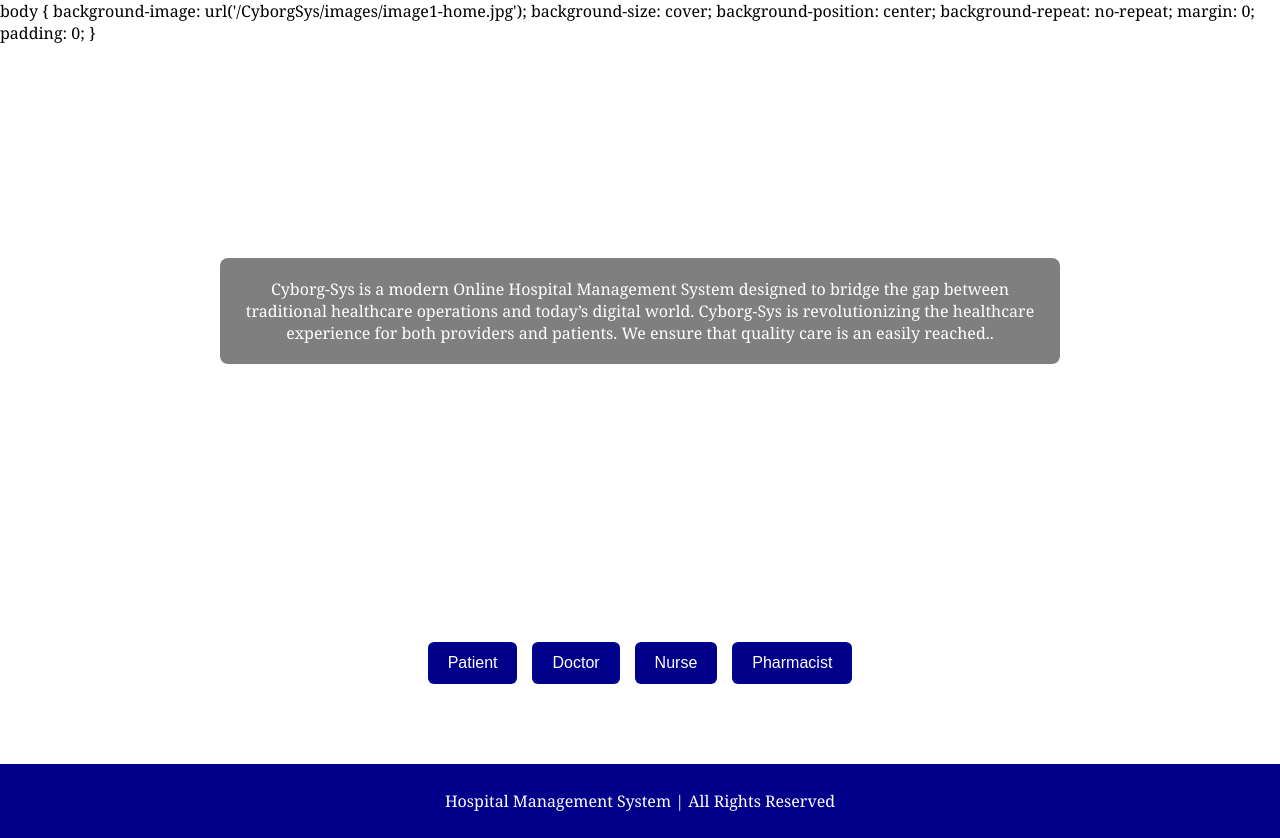
Repository: BinuriJ/HospitalSystem
Page: http://localhost/CyborgSys/home.jsp
The author's editor kept a copy of each file at every save. The page is drawn from the files as they stood at one save, then again after the next save.
The browser window is 1280 px wide. The pictures show the whole page.
The page is served by Tomcat 9.

Above is the page before, as saved 2025-05-10 02:17:34.

### CyborgSys/WebContent/home.jsp
<%@ page language="java" contentType="text/html; charset=UTF-8"
    pageEncoding="UTF-8"%>
<%@ include file="homeCss.jsp" %>
<!DOCTYPE html>
<html>
<head>
    <meta charset="UTF-8">
    <title>Home - CyborgSys</title>
    <style>
    	<jsp:include page="footerCss.jsp" />

    	body {
		    background-image: url('<%= request.getContextPath() %>/images/image1-home.jpg');
		    background-size: cover;
		    background-position: center;
		    background-repeat: no-repeat;
		    margin: 0;
		    padding: 0;
		}
    </style>

</head>
<body>

<div class="main-container">
    <header>
        <h1>CyborgSys</h1>
        <h3>making it easy to heal yourself.</h3>
        <p>
            Cyborg-Sys is a modern Online Hospital Management System designed to bridge the gap between traditional
            healthcare operations and today’s digital world. Cyborg-Sys is revolutionizing the healthcare experience
            for both providers and patients. We ensure that quality care is an easily reached..
        </p>
    </header>

    <div class="button-container">
        <button class="role-btn">Patient</button>
        <button class="role-btn">Doctor</button>
        <button class="role-btn">Nurse</button>
        <button class="role-btn">Pharmacist</button>
    </div>

</div>


    <jsp:include page="footer.jsp" />

</body>
</html>

### CyborgSys/WebContent/homeCss.jsp
<style>
body, html {
    margin: 0;
    padding: 0;
    font-family: Cambria, sans-serif;
    height: 100%;
}

.main-container {
    background-attachment: fixed;
    min-height: 100vh;
    display: flex;
    flex-direction: column;
    justify-content: space-between;
    color: white;
    text-align: center;
    padding: 40px 20px 80px;
    box-sizing: border-box;
}

header h1 {
    font-size: 48px;
    margin-bottom: 10px;
}

header h3 {
    font-size: 24px;
    margin-bottom: 20px;
}

header p {
    font-size: 16px;
    max-width: 800px;
    margin: 0 auto;
    background-color: rgba(0, 0, 0, 0.5);
    padding: 20px;
    border-radius: 8px;
}

.button-container {
    display: flex;
    justify-content: center;
    gap: 15px;
    margin-top: 30px;
    flex-wrap: wrap;
}

.role-btn {
    background-color: darkblue;
    color: white;
    border: none;
    padding: 12px 20px;
    font-size: 16px;
    border-radius: 6px;
    cursor: pointer;
    transition: background-color 0.3s;
}

.role-btn:hover {
    background-color: slategrey;
}

</style>

### CyborgSys/WebContent/footerCss.jsp
<style>

html, body {
    height: 100%; /* Make the html and body take full height of the viewport */
}

body {
    display: flex;
    flex-direction: column; /* Use flexbox to arrange content vertically */
    min-height: 100vh; /* Make body take the full height of the viewport */
}

.container {
    flex: 1; /* Let the main content expand to fill the available space */
}

footer {
    background-color: darkblue; /* Dark background for the footer */
    color: white; /* White text */
    padding: 10px 0; /* Padding for the footer */
    text-align: center; /* Center the footer text */
}

</style>

### CyborgSys/WebContent/footer.jsp
<!-- footer.jsp -->
<footer class="bg-dark text-light py-3">
    <div class="container text-center">
        <p>Hospital Management System | All Rights Reserved</p>
    </div>
</footer>

After the next save:
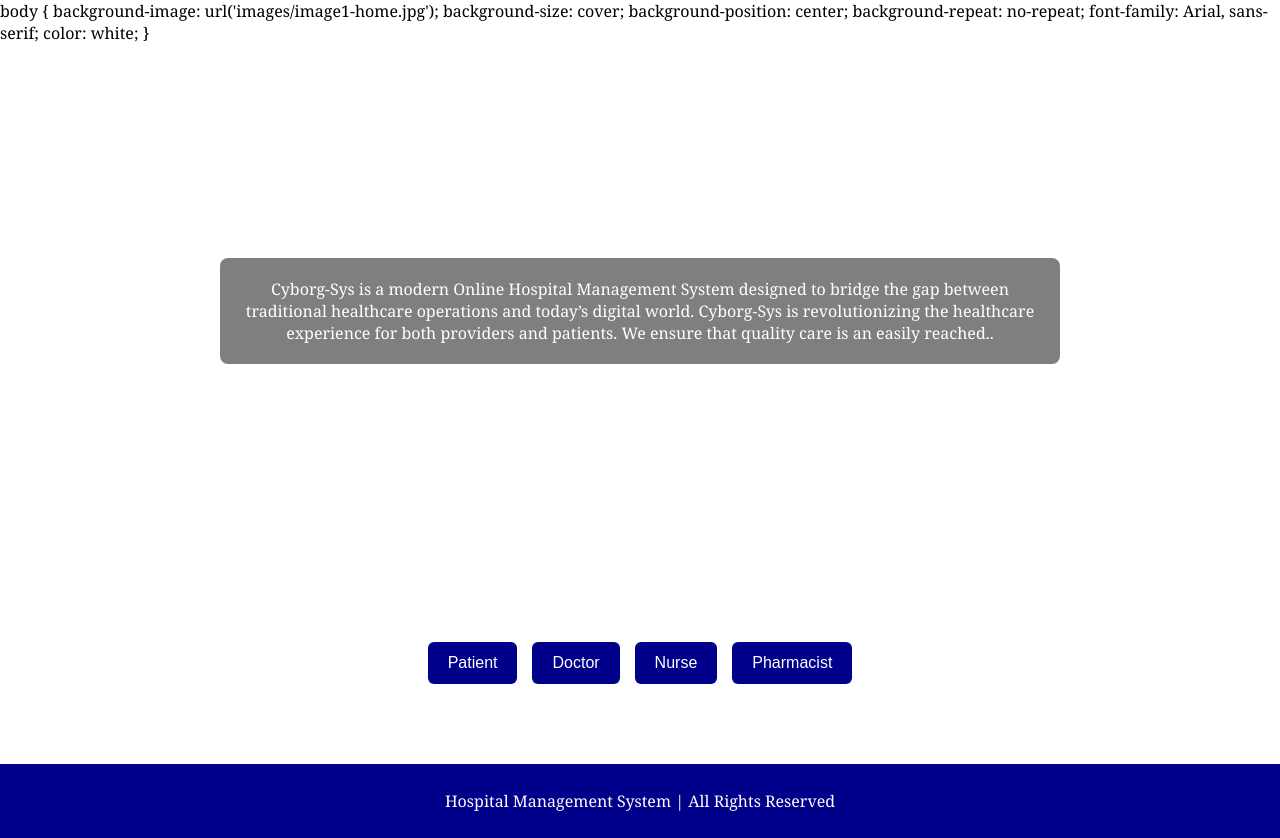
Saved 82 s later.
--- a/CyborgSys/WebContent/home.jsp
+++ b/CyborgSys/WebContent/home.jsp
@@ -10,12 +10,12 @@
     	<jsp:include page="footerCss.jsp" />
 
     	body {
-		    background-image: url('<%= request.getContextPath() %>/images/image1-home.jpg');
-		    background-size: cover;
-		    background-position: center;
-		    background-repeat: no-repeat;
-		    margin: 0;
-		    padding: 0;
+		    background-image: url('images/image1-home.jpg');
+            background-size: cover;
+            background-position: center;
+            background-repeat: no-repeat;
+            font-family: Arial, sans-serif;
+            color: white;
 		}
     </style>
 
